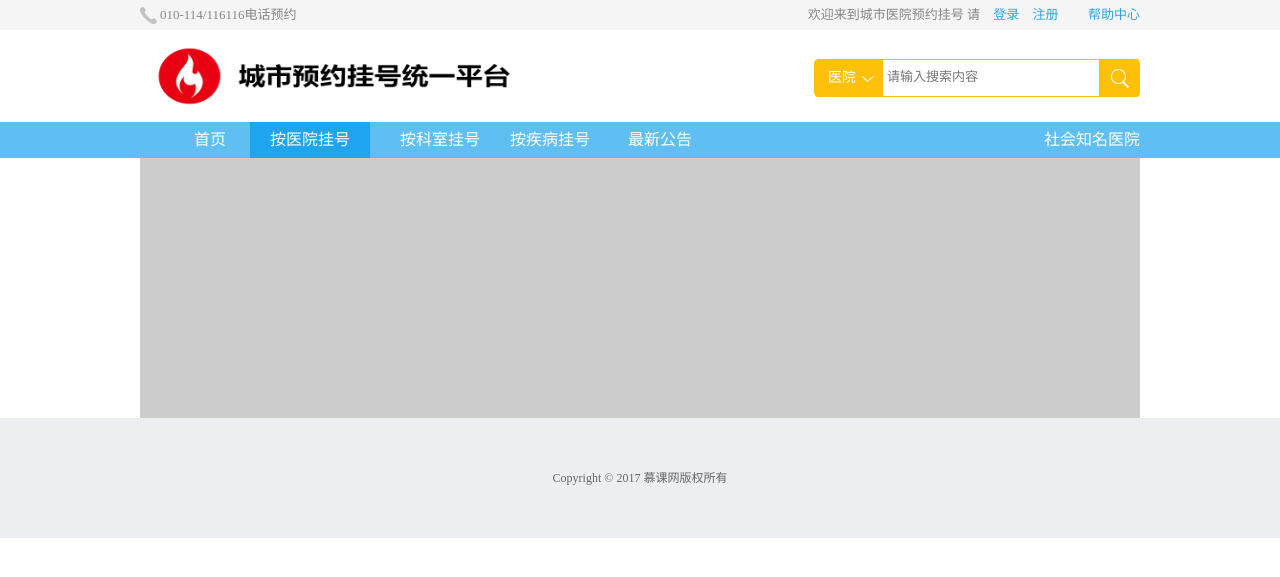
Repository: ScarApocalypse/study
Page: 挂号平台/hospital_detail.html
These files come from the project's save history. The page is drawn as it stood at one moment and after the next save; the edit follows.
The browser window is 1280 px wide. The pictures show the whole page.

Above is the page before, as saved 2019-01-22 21:46:38.

After the next save:
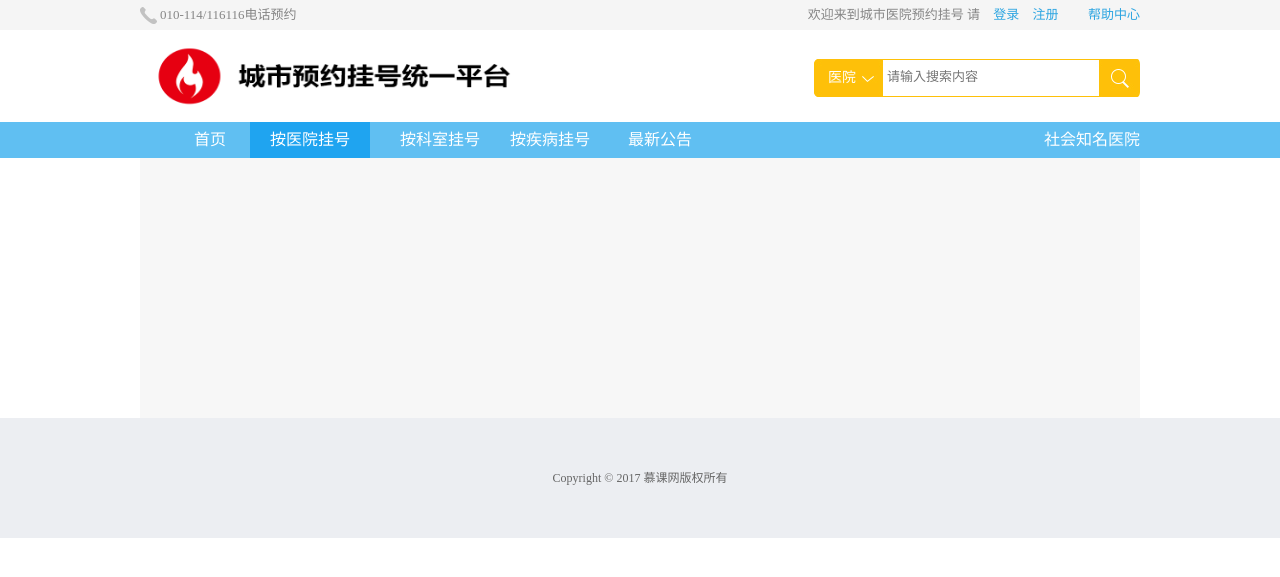
Saved 37 s later.
--- a/挂号平台/css/hospital_detail.css
+++ b/挂号平台/css/hospital_detail.css
@@ -1,5 +1,5 @@
 .hospital_detail{
     height: 260px;
-    background: #ccc;
+    background:#f7f7f7;
 
 }
